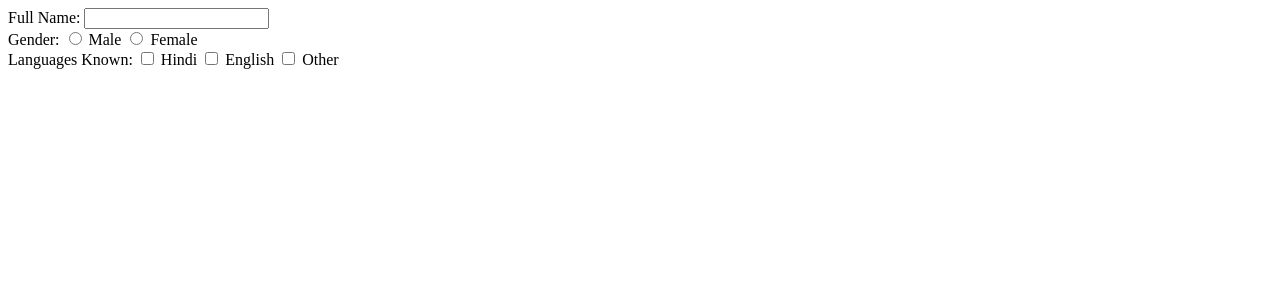
Repository: Maxx1432/Eclipse-Work
Page: http://localhost/S02L03-Maxx_Forms_under_JSP/form.jsp
The author's editor kept a copy of each file at every save. The page is drawn from the files as they stood at one save, then again after the next save.
The browser window is 1280 px wide. The pictures show the whole page.
The page is served by Tomcat 9.

Above is the page before, as saved 2023-02-17 02:34:07.

### S02L03-Maxx Forms under JSP/src/main/webapp/form.jsp
<%@ page language="java" contentType="text/html; charset=ISO-8859-1"
    pageEncoding="ISO-8859-1"%>
<!DOCTYPE html>
<html>
<head>
<meta charset="ISO-8859-1">
<title>Form Demo</title>
</head>
<body>
<form action="submit.jsp" method="get">
Full Name: <input type="text" name="full_name"><br/>
Gender: <input type="radio" name="gender" value="male"> Male
		<input type="radio" name="gender" value="female"> Female
		<br/>
Languages Known: <input type="checkbox" name="language" value="hindi"> Hindi
				 <input type="checkbox" name="language" value="english"> English
				 <input type="checkbox" name="language" value="other"> Other
</form>
</body>
</html>

After the next save:
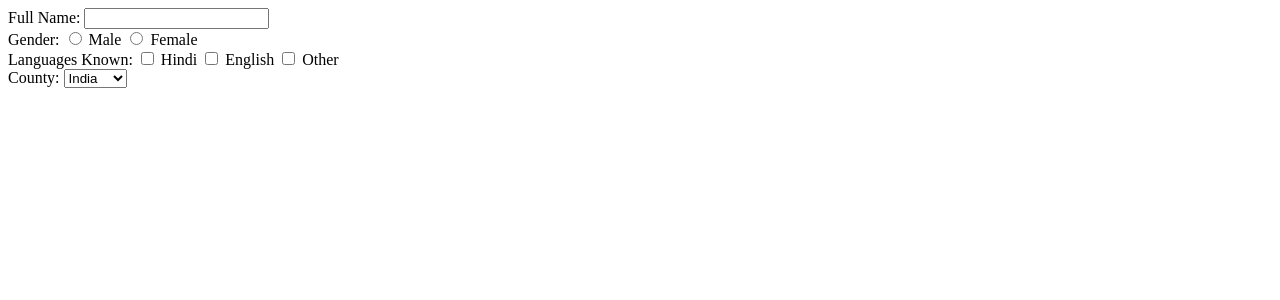
Saved 2 min 16 s later.
--- a/S02L03-Maxx Forms under JSP/src/main/webapp/form.jsp
+++ b/S02L03-Maxx Forms under JSP/src/main/webapp/form.jsp
@@ -15,6 +15,15 @@ Gender: <input type="radio" name="gender" value="male"> Male
 Languages Known: <input type="checkbox" name="language" value="hindi"> Hindi
 				 <input type="checkbox" name="language" value="english"> English
 				 <input type="checkbox" name="language" value="other"> Other
+				 <br/>
+County: <select name="country">
+		<option value="india"> India </option>
+		<option value="russia"> Russia </option>
+		<option value="us"> US </option>
+		<option value="uk"> UK </option>
+		<br/>
+
+</select>
 </form>
 </body>
 </html>
